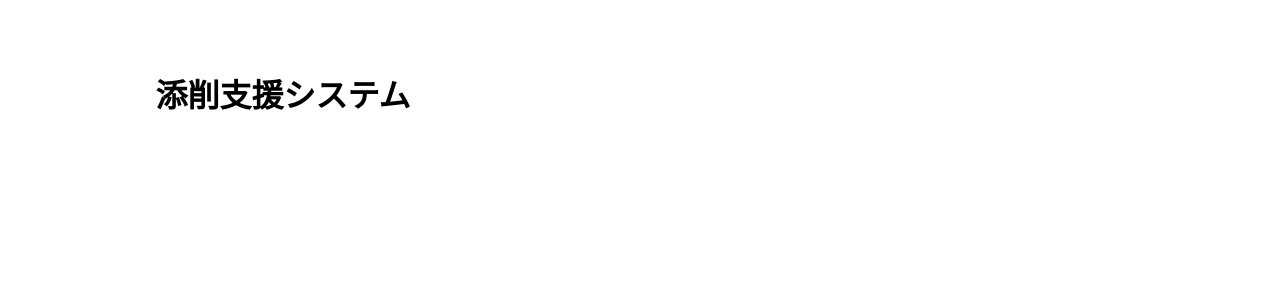
Repository: k-murakami18/canvas_v2
Page: Main.html
These files come from the project's save history. The page is drawn as it stood at one moment and after the next save; the edit follows.
The browser window is 1280 px wide. The pictures show the whole page.

Above is the page before, as saved 2021-01-04 19:30:19.

### Main.html
<!DOCTYPE html>
<html lang="en">
<head>
  <meta charset="UTF-8">
  <title>添削支援システム</title>
  <link rel="stylesheet" href="css/jquery-ui-1.8.16.custom.css" />
  <link rel="stylesheet" href="./style.css">
  <link rel="stylesheet" href="https://cdn.jsdelivr.net/npm/simplebar@latest/dist/simplebar.css">
  <script src="//cdnjs.cloudflare.com/ajax/libs/jspdf/1.3.3/jspdf.min.js"></script>
  <script src="js/jquery.1.6.4.min.js"></script>
  <script src="js/jquery-ui-1.8.16.custom.min.js"></script>
  <script type="text/javascript" src="./dist/fabric.js"></script>
  <script type="text/javascript" src="./dist/fabric.min.js"></script>
</head>

<body>
  <!--タイトル-->
  <div class="title_container">
    <div style="float: left;">
      <h1 id="title" style="display:inline;">添削支援システム</h1>
    </div>
  </div>
  <div style="clear:left;"></div>

</body>
</html>

### style.css
/*タイトルコンテナ*/
.title_container{
  width: 550px;
  height: 60px;
  display: flex;
  justify-content: center;
  align-items: center;
  margin-top: 5%;
  text-align: center;
}

/*タイトル*/
.title{
  background-color: #A7A7A7;
  margin-bottom: 5px;
}

/*ボタンコンテナ*/
.button_container{
  width: 50px;
  height: 602px;
  background-color: #DADADA;
  margin-bottom: 5px;
  margin-right: 5px;
}

/*各ボタンの設定*/
.btn-box,.btn_box{
  display: inline-block;
  widows: 25px;
  height: 25px;
  border: 1px black solid;
  padding: 2px;
  border-radius: 5px;
}
.btn_box_black{
  display: inline-block;
  widows: 25px;
  height: 25px;
  border: 1px white solid;
  padding: 2px;
  border-radius: 5px;
}
.select{
  margin-top: 10px;
  margin-left: 9px;
}
.aaa{
  margin-top: 0px;
  margin-left: 9px;
}
.margin{
  margin-top: 10px;
  margin-left: 9px;
}

/*ボタン枠線削除*/
input:focus {
	outline:0;
}

/*キャンバス*/
canvas {
	position: relative;
	border:1px solid #000;
}

/*保存履歴コンテナ*/
.history_container{
  height: 600px;
  width: 330px;
  background-color: whitesmoke;
  border: 1px solid black;
  margin-left: 10px;
}

/*保存履歴タイトル*/
#title_tmpList{
  margin-top: 2px;
  margin-left: 10px;
  margin-bottom: 2px;
  font-weight: bolder;
  text-align: center;
}
.subtitle_tmpList{
  margin-top: 3px;
  margin-bottom: 3px;
  font-weight: bolder;
  font-size: 13px;
  text-align: center;
}

/*「保存履歴」の下線*/
.hr{
  border-bottom: 1px solid black;
  width: 93%;
  margin-left: auto;
  margin-right: auto;
}
/*「ブックマーク」「添削保存」の下線*/
.hr2{
  border-bottom: 1px solid black;
  width: 83%;
  margin-left: auto;
  margin-right: auto;
}

#bookmark_viewpanel{
  height: 539px;
  width: 100px;
  background-color: whitesmoke;
  margin-top: 5px;
}

#normal_viewpanel{
  height: 539px;
  width: 190px;
  background-color: whitesmoke;
  margin-top: 5px;
}

#bookmark_tmp{
  border-right: 1px solid black;
}

.tmpImage{
  border: 1px solid black;
  margin-left: 10px;
}

#setColor li{
  display: inline-block;
  width: 25px;
  height: 25px;
  border:1px solid #000;
}

Loaded but not shown: css/jquery-ui-1.8.16.custom.css (library); js/jquery.1.6.4.min.js (library); js/jquery-ui-1.8.16.custom.min.js (library); dist/fabric.js (library); dist/fabric.min.js (library)

After the next save:
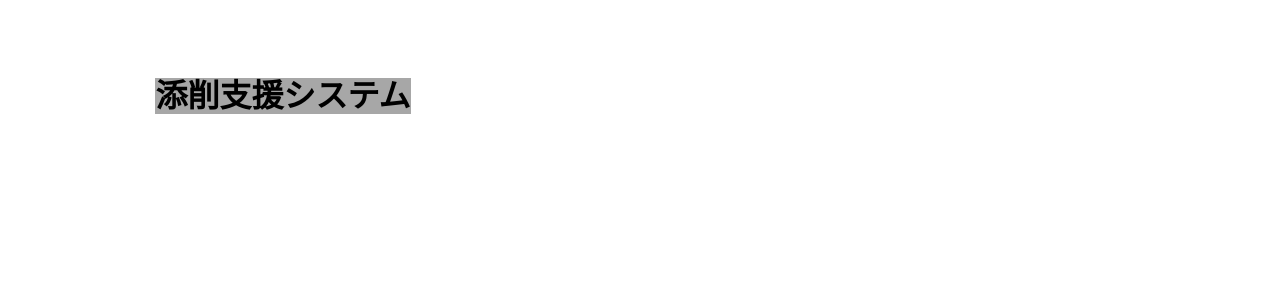
Saved 16 s later.
--- a/style.css
+++ b/style.css
@@ -10,7 +10,7 @@
 }
 
 /*タイトル*/
-.title{
+#title{
   background-color: #A7A7A7;
   margin-bottom: 5px;
 }
